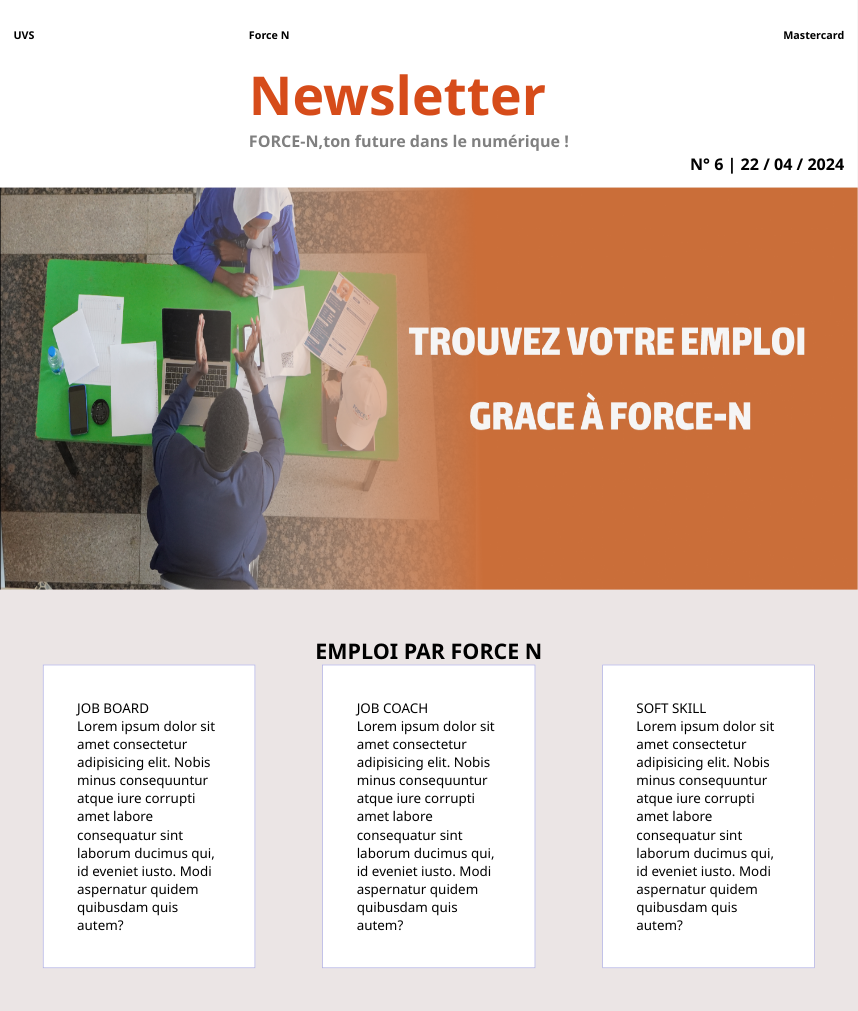
Repository: Ken-dia/newsletters_force_n
Page: index.html
The author's editor kept a copy of each file at every save. The page is drawn from the files as they stood at one save, then again after the next save.
The browser window is 1280 px wide. The pictures show the whole page, at 67% of full size.

Above is the page before, as saved 2024-04-18 15:58:21.

### index.html
<!DOCTYPE html>
<html lang="en">
<head>
    <meta charset="UTF-8">
    <meta name="viewport" content="width=device-width, initial-scale=1.0">
    <link rel="stylesheet" href="styles.css">
    <title>FORCEN</title>
</head>
<body>
    <section>
        <div class="entete">
            <div class="logos">
                <div class="logo">
                    <h4>UVS</h4>
                </div>
                <div class="logo">
                    <h4>Force N</h4>
                    <div class="title-newsletters">Newsletter</div>
                    <div class="subtitle-newsletters">FORCE-N,ton future dans le numérique !</div>
                </div>
                <div class="logo">
                    <h4>Mastercard</h4>
                </div>

            </div>
            <div class="day">
                <div>N° 6 | 22 / 04 / 2024</div>
            </div>
        </div>
    </section>
    <section>
        <div class="image1">
            <img src="/images/image1.png" alt="image1" width="100%" height="600px">
        </div>
    </section>
    <section>
        <div class="container">
            <div class="emploies">
                <div class="title-emploie">
                    EMPLOI PAR FORCE N
                </div>
                <div class="emploie">
                    <div class="item">
                        <div class="title">
                            JOB BOARD
                        </div>
                        <div class="text">
                            Lorem ipsum dolor sit amet consectetur adipisicing elit. Nobis minus consequuntur atque iure corrupti amet labore consequatur sint laborum ducimus qui, id eveniet iusto. Modi aspernatur quidem quibusdam quis autem?
                        </div>

                    </div>
                    <div class="item">
                        <div class="title">
                            JOB COACH
                        </div>
                        <div class="text">
                            Lorem ipsum dolor sit amet consectetur adipisicing elit. Nobis minus consequuntur atque iure corrupti amet labore consequatur sint laborum ducimus qui, id eveniet iusto. Modi aspernatur quidem quibusdam quis autem?
                        </div>
                    </div>
                    <div class="item">
                        <div class="title">
                            SOFT SKILL
                        </div>
                        <div class="text">
                            Lorem ipsum dolor sit amet consectetur adipisicing elit. Nobis minus consequuntur atque iure corrupti amet labore consequatur sint laborum ducimus qui, id eveniet iusto. Modi aspernatur quidem quibusdam quis autem?
                        </div>
                    </div>
                </div>
            </div>

        </div>
    </section>




</body>
</html>

### styles.css
body {
    font-family: 'Segoe UI', Tahoma, Geneva, Verdana, sans-serif;
    background-color: rgb(235, 229, 229);
   margin: 0px;
}
.entete {
    background-color: white;
    padding: 20px;
}
.logos {
    display: flex;
    justify-content: space-between;
}
.title-newsletters {
    color: rgb(214, 76, 26);
    font-size: 5rem;
    font-weight: 950;
}
.subtitle-newsletters {
    color: grey;
    font-size: 1.5rem;
    font-weight: 950;
}
.day {
    display: flex;
    justify-content: end;
    font-size: 1.5rem;
    font-weight: 950;
}
.container {
    margin: 5%;
}
.title-emploie {
    display: flex;
    justify-content: center;
    font-size: 2rem;
    font-weight: 950;
}
.emploie {
    display: flex;
    gap: 100px;
}
.emploie .item {
    background-color: white;
    border: 1px solid rgb(168, 168, 224);
    font-size: 20px;
    padding: 50px;
}

After the next save:
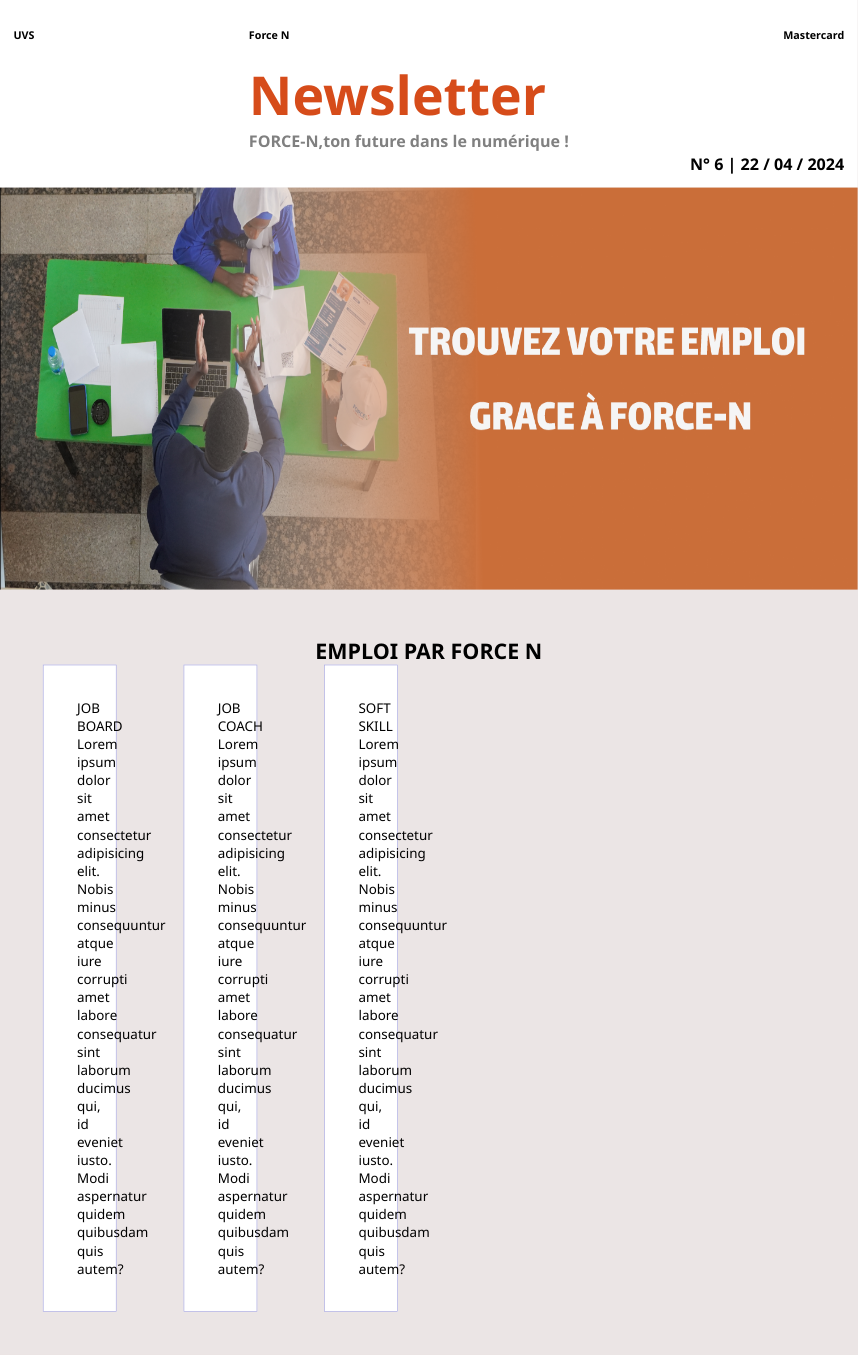
Saved 63 s later.
--- a/styles.css
+++ b/styles.css
@@ -44,5 +44,6 @@
     background-color: white;
     border: 1px solid rgb(168, 168, 224);
     font-size: 20px;
+    inline-size: 8px;
     padding: 50px;
 }
